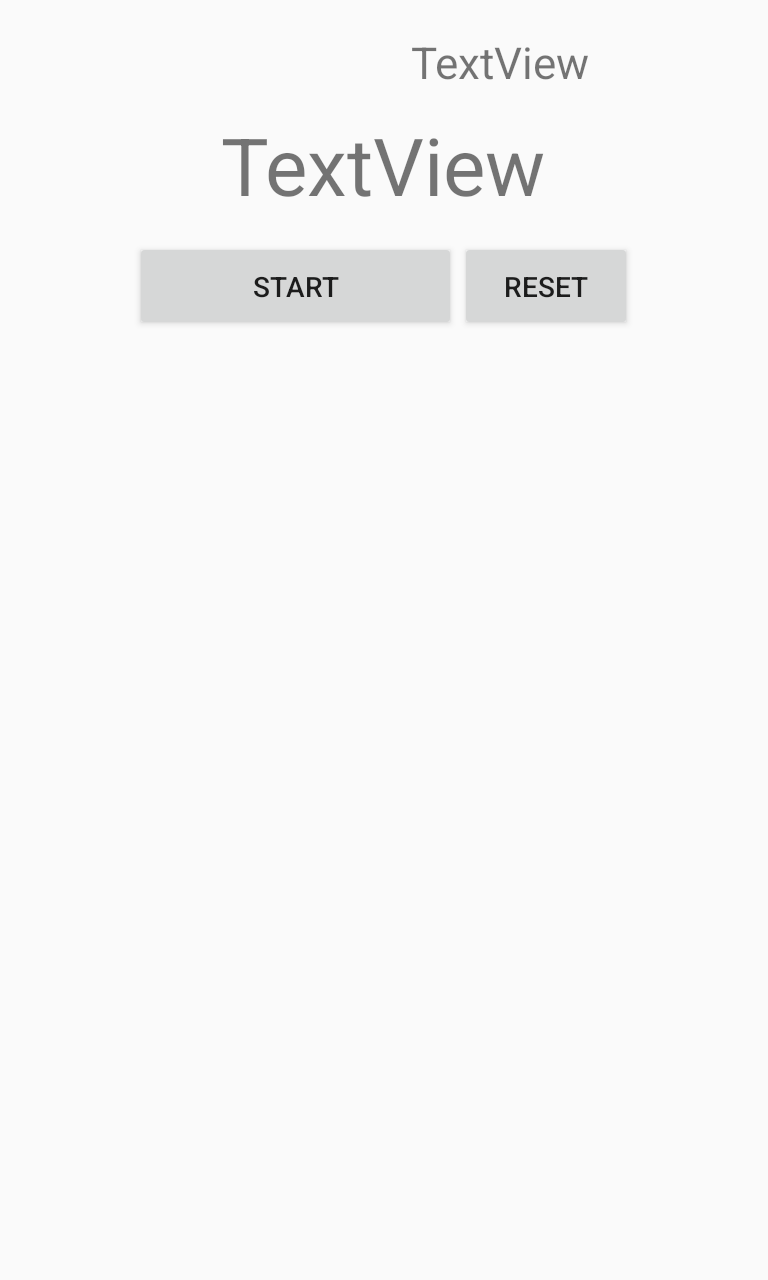
Repository: GitDidNotExitCleanly/AndroidTimer
Layout: StopWatch/res/layout/activity_main.xml
These files come from the project's save history. The layout is drawn as it stood at one moment and after the next save; the edit follows.
It is drawn on a 768 x 1280 px phone screen (xhdpi) without system bars, with theme AppTheme; the app's code is not run. Lists and similar views that code fills are empty.

Above is the layout before, as saved 2015-03-04 21:53:32.

After the next save:
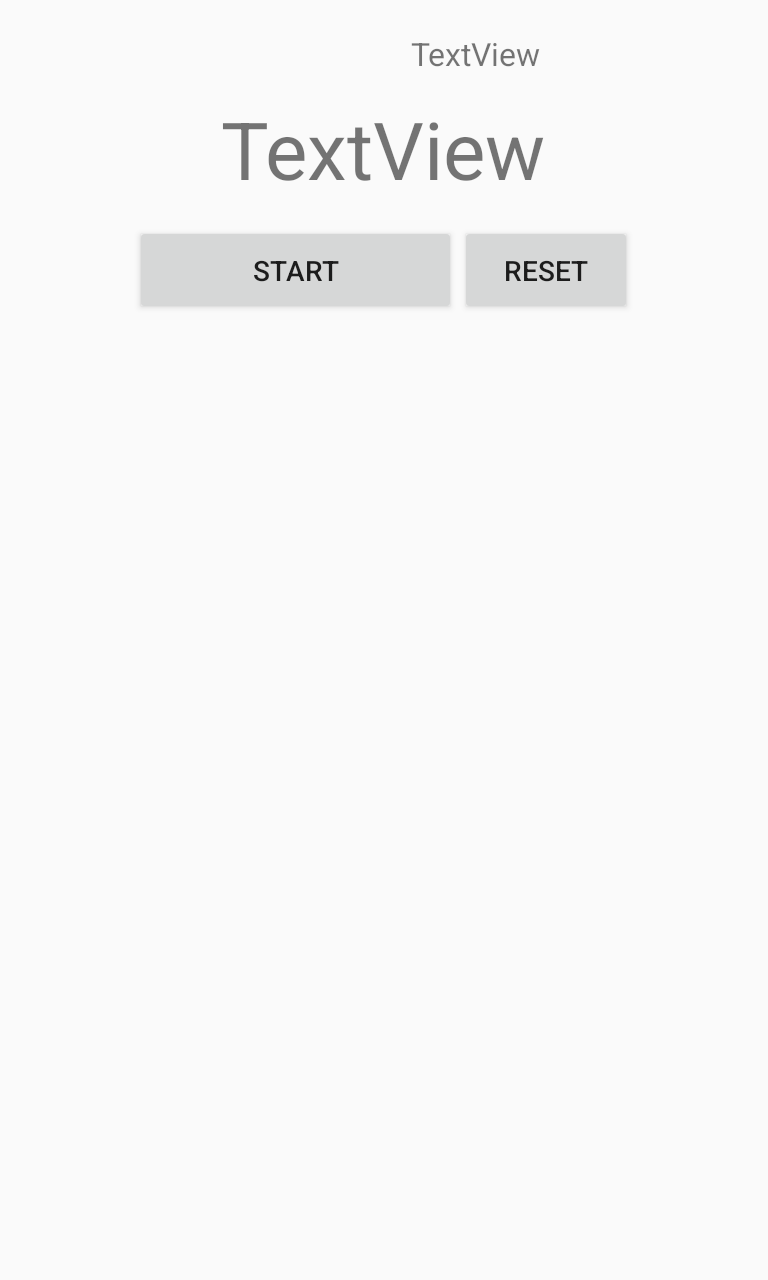
Saved 2 min 44 s later.
--- a/StopWatch/res/layout/activity_main.xml
+++ b/StopWatch/res/layout/activity_main.xml
@@ -11,17 +11,17 @@
 
     <TableRow
         android:id="@+id/tableRow1"
-        android:layout_width="wrap_content"
+        android:layout_width="fill_parent"
         android:layout_height="wrap_content"
         android:layout_marginBottom="10dp"
-        android:gravity="right" >
+        android:gravity="end" >
 
         <TextView
             android:id="@+id/textView1"
             android:layout_width="wrap_content"
             android:layout_height="wrap_content"
             android:text="TextView"
-            android:textSize="@dimen/stopwatch_small_time" />
+            android:textSize="16sp" />
 
     </TableRow>
 
